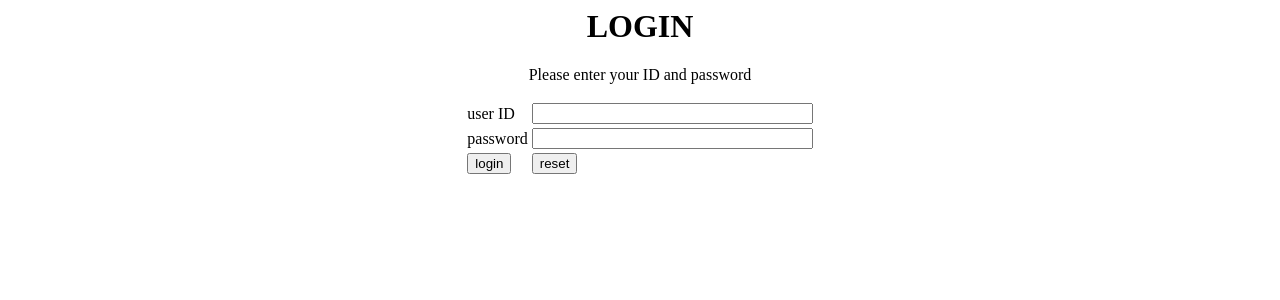
Repository: houki-sam/eclipse
Page: chocobanana/WebContent/login.html
The author's editor kept a copy of each file at every save. The page is drawn from the files as they stood at one save, then again after the next save.
The browser window is 1280 px wide. The pictures show the whole page.

Above is the page before, as saved 2020-07-13 13:37:07.

After the next save:
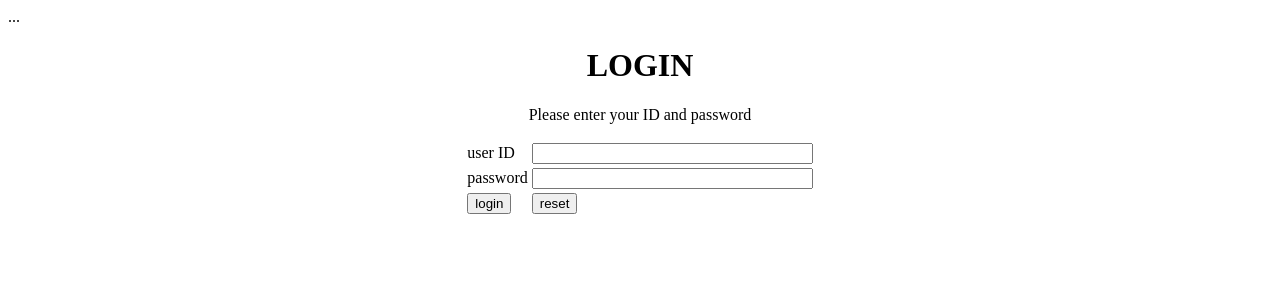
Saved 25 min 40 s later.
--- a/chocobanana/WebContent/login.html
+++ b/chocobanana/WebContent/login.html
@@ -1,6 +1,8 @@
 <html>
 	<head>
 		<title>login</title>
+		<meta http-equiv="Content-Type" content="text/html; charset=utf-8"/>
+...
 	</head>
 	<body>
 
